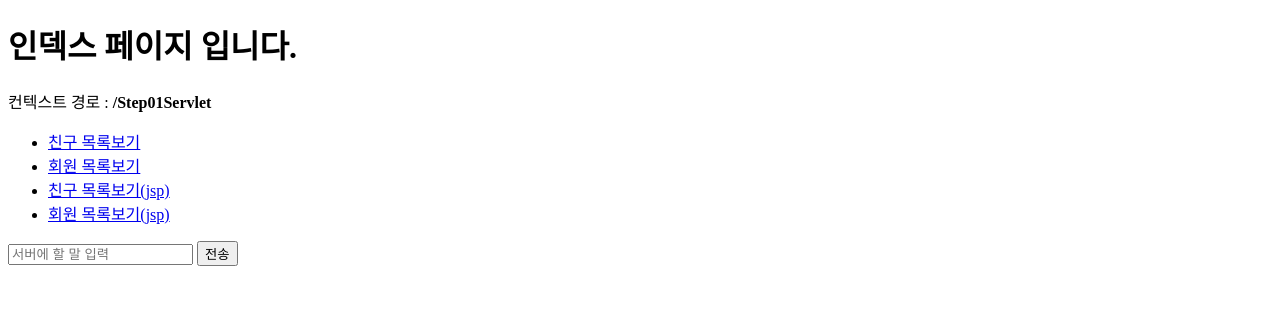
Repository: SSONGTJ/Acorn23_java
Page: http://localhost/Step01Servlet/
These files come from the project's save history. The page is drawn as it stood at one moment and after the next save; the edit follows.
The browser window is 1280 px wide. The pictures show the whole page.
The page is served by Tomcat 9.

Above is the page before, as saved 2023-11-21 02:49:13.

### Step01Servlet/src/main/webapp/index.jsp
<%@ page language="java" contentType="text/html; charset=UTF-8"
    pageEncoding="UTF-8"%>
<!DOCTYPE html>
<html>
<head>
<meta charset="UTF-8">
<title>index.jsp</title>
</head>
<body>
	<div class="container">
		<h1>인덱스 페이지 입니다.</h1>
		<p>컨텍스트 경로 : <strong>${pageContext.request.contextPath}</strong></p>
		<!--contextPath 이건 프로젝트가 끝나거나 앱이 어쩌고 되면 없어지거나 바뀜
			그래서 저렇게 써야 나중에 경로가 제대로 잡힘-->
		<ul>
			<li><a href="${pageContext.request.contextPath}/friend/list">친구 목록보기</a></li>
			<li><a href="${pageContext.request.contextPath}/member/list">회원 목록보기</a></li>
			<li><a href="${pageContext.request.contextPath}/friend/list.jsp">친구 목록보기(jsp)</a></li>
			<li><a href="${pageContext.request.contextPath}/member/list.jsp">회원 목록보기(jsp)</a></li>
		</ul>

		<form action="${pageContext.request.contextPath}/send" method="get">
			<input type="text"name="msg" placeholder="서버에 할 말 입력" />
			<button type="submit">전송</button>
		</form>
	</div>
</body>
</html>

After the next save:
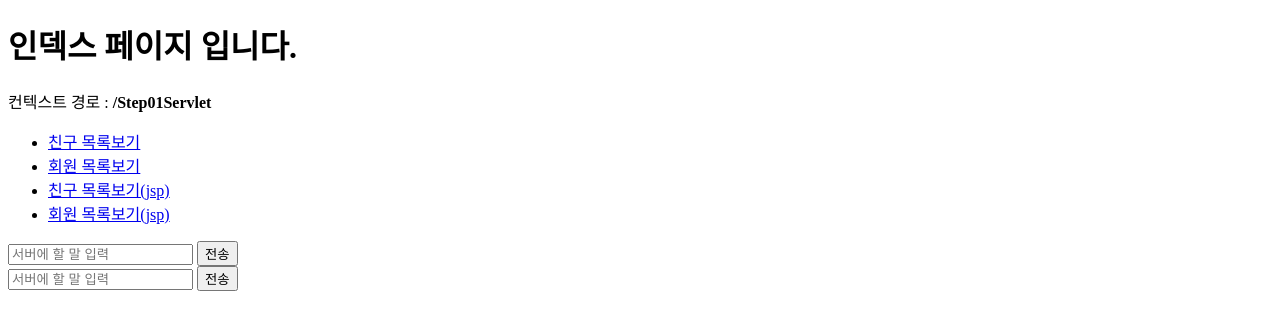
Saved 18 min 49 s later.
--- a/Step01Servlet/src/main/webapp/index.jsp
+++ b/Step01Servlet/src/main/webapp/index.jsp
@@ -23,6 +23,11 @@
 			<input type="text"name="msg" placeholder="서버에 할 말 입력" />
 			<button type="submit">전송</button>
 		</form>
+
+		<form action="${pageContext.request.contextPath}/send" method="post">
+			<input type="text"name="msg" placeholder="서버에 할 말 입력" />
+			<button type="submit">전송</button>
+		</form>
 	</div>
 </body>
 </html>
